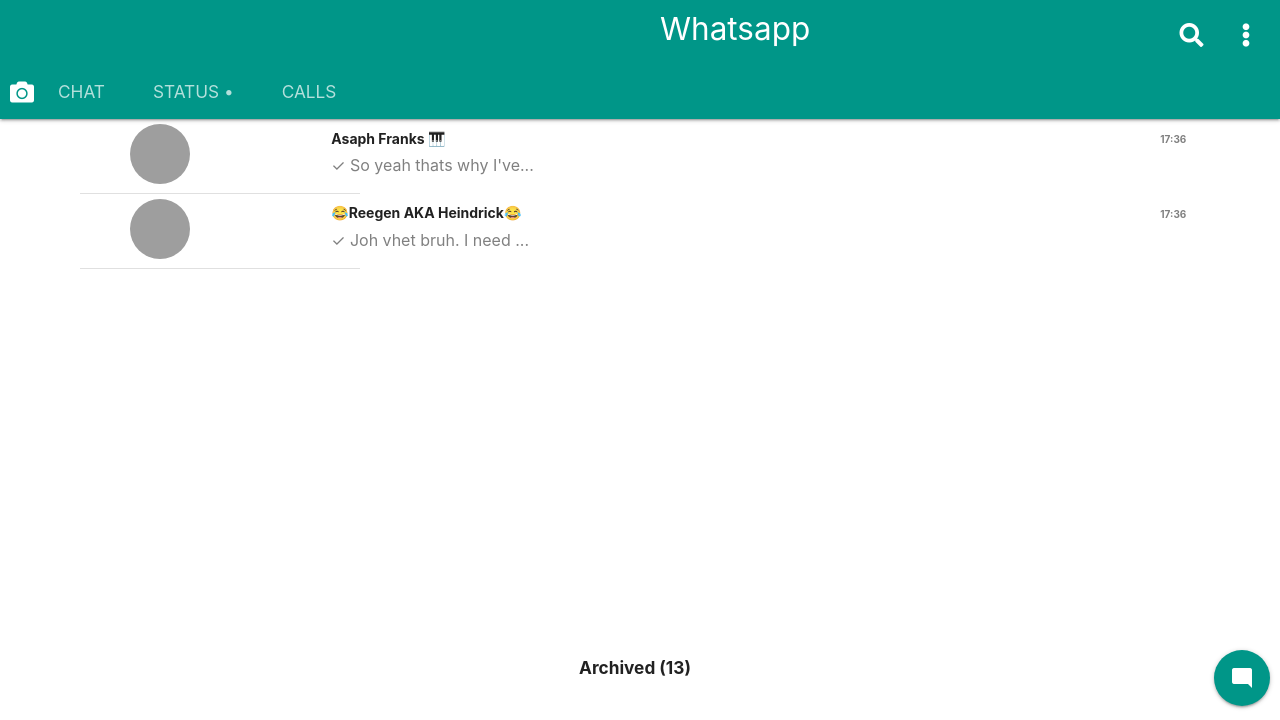
Repository: Ajtheult/Whatsapp_recreation
Page: /
The author's editor kept a copy of each file at every save. The page is drawn from the files as they stood at one save, then again after the next save.
The browser window is 1280 px wide. The pictures show the whole page.
Pictures or frames that could not be fetched are drawn as grey boxes. The project was rebuilt for these pictures with package versions that can differ from the ones it lists, and the page was loaded fresh each time. Also part of the build but not shown: src/components/layout/pages/StatusMenu.js, src/components/layout/pages/CallMenu.js.

Above is the page before, as saved 2020-07-31 12:01:59.

### public/index.html
<!DOCTYPE html>
<html lang="en">
  <head>
    <meta charset="utf-8" />
    <link rel="icon" href="%PUBLIC_URL%/favicon.ico" />
    <meta name="viewport" content="width=device-width, initial-scale=1" />
    <meta name="theme-color" content="#000000" />
    <meta
      name="description"
      content="Web site created using create-react-app"
    />
    <link
      rel="stylesheet"
      href="https://use.fontawesome.com/releases/v5.7.2/css/all.css"
      integrity="sha384-fnmOCqbTlWIlj8LyTjo7mOUStjsKC4pOpQbqyi7RrhN7udi9RwhKkMHpvLbHG9Sr"
      crossorigin="anonymous"
    />
    <link
      href="https://fonts.googleapis.com/icon?family=Material+Icons"
      rel="stylesheet"
    />
    <script src="https://cdnjs.cloudflare.com/ajax/libs/materialize/1.0.0/js/materialize.min.js"></script>

    <link rel="manifest" href="%PUBLIC_URL%/manifest.json" />

    <title>Whatsapp App</title>
  </head>
  <body>
    <noscript>You need to enable JavaScript to run this app.</noscript>
    <div id="root"></div>
  </body>
</html>

### src/index.js
import React from "react";
import ReactDOM from "react-dom";
import "materialize-css/dist/css/materialize.min.css";
import App from "./App";

ReactDOM.render(
  <React.StrictMode>
    <App />
  </React.StrictMode>,
  document.getElementById("root")
);

### src/App.js
import React from "react";
import ChatMenu from "./components/layout/pages/ChatMenu";
import StatusMenu from "./components/layout/pages/StatusMenu";
import CallMenu from "./components/layout/pages/CallMenu";
import { BrowserRouter as Router, Switch, Route } from "react-router-dom";
import "./App.css";

function App() {
  return (
    <Router>
      <div className="App">
        <Switch>
          <Route exact path="/" component={ChatMenu} />
          <Route exact path="/status" component={StatusMenu} />
          <Route exact path="/calls" component={CallMenu} />
        </Switch>
      </div>
    </Router>
  );
}

export default App;

### src/components/layout/pages/ChatMenu.js
import React, { useState } from "react";
import Navbar from "../navbar/Navbar";
import { Link } from "react-router-dom";
import "../../../App.css";
const ChatMenu = () => {
  const [contacts] = useState([
    {
      img:
        "https://cdn.pixabay.com/photo/2015/05/29/22/46/music-789935_960_720.jpg",
      name: "Asaph Franks 🎹",
      message: "✓ So yeah thats why I've...",
      time: "17:36",
    },
    {
      img:
        "https://cdn.pixabay.com/photo/2016/12/07/09/32/white-male-1889033_960_720.jpg",
      name: "😂Reegen AKA Heindrick😂",
      message: "✓ Joh vhet bruh. I need ...",
      time: "17:36",
    },
  ]);
  return (
    <div>
      <Navbar />

      {/* Chats-Try to implement state */}
      <div className="row">
        {contacts.map((contact, idx) => (
          <div key={idx}>
            <div className="col s3">
              <img
                className="profile_pictures"
                src={contact.img}
                alt={contact.name}
              />
            </div>
            <div className="col s7 chat_menu_text">
              <h6 className="contact_name_cm">{contact.name}</h6>
              <p className="contact_menu_messages">{contact.message}</p>
            </div>
            <div className="col s2 cm_time">{contact.time}</div>
            <div className="divider decrease_height" />
          </div>
        ))}
      </div>

      {/* Bottom of page */}

      <h6 className="move_message_icon_in_chat_menu">
        <p className="make_archive_bold">Archived (13)</p>
        <Link to="#contacts">
          <button className="btn-floating btn-large waves-effect waves-light teal right move_contact_icon_abit_up">
            <i className="material-icons">mode_comment</i>
          </button>
        </Link>
      </h6>
    </div>
  );
};

export default ChatMenu;

### src/App.css
.App {
  text-align: center;
}

.move_logo_of_whatsapp {
  margin-left: 20px;
  pointer-events: none;
}

.move_camera_icon {
  margin-top: 9px;
  margin-left: 10px;
}

.move_top_nav_icons_down {
  margin-top: 3px;
}

.width_of_dropdown {
  width: 300px;
}

.disabled {
  pointer-events: none;
  opacity: 0.6;
}

.move_message_icon_in_chat_menu {
  margin-right: 10px;
  margin-top: 390px;
  /* I will have to adjust the top after inserting the grid on top */
}

.move_contact_icon_abit_up {
  margin-top: -45px;
}

.make_archive_bold {
  font-weight: bold;
}

.profile_pictures {
  width: 60px;
  height: 60px;
  border-radius: 50%;
  margin-top: 5px;
}

.decrease_height {
  margin-top: -20px;
  width: 280px;
  margin-left: 80px;
}

.chat_menu_text {
  text-align: left;
}

.contact_menu_messages {
  font-size: 16px;
  margin-top: 0px;
  color: gray;
}

.contact_name_cm {
  font-weight: bold;
  font-size: 14px;
}

.cm_time {
  margin-top: 13px;
  font-weight: bold;
  font-size: 10px;
  color: gray;
}

### src/components/layout/navbar/Navbar.js
import React, { Component } from "react";
import { Link } from "react-router-dom";
import M from "materialize-css/dist/js/materialize.min.js";

export class Navbar extends Component {
  componentDidMount() {
    document.addEventListener("DOMContentLoaded", function () {
      var elems = document.querySelectorAll(".dropdown-trigger");
      //eslint-disable-next-line
      var instances = M.Dropdown.init(elems, {});
    });
  }
  render() {
    return (
      <div>
        <nav className="nav-extended teal">
          <div className="nav-wrapper">
            <h6 className="brand-logo left move_logo_of_whatsapp">Whatsapp</h6>

            <ul id="nav-mobile" className="right move_top_nav_icons_down">
              <li>
                <i className="fas fa-search"></i>
                &nbsp; &nbsp; &nbsp; &nbsp; &nbsp;
              </li>
              <li>
                <i
                  className="fas fa-ellipsis-v dropdown-trigger "
                  data-target="dropdown1"
                />
                &nbsp; &nbsp; &nbsp; &nbsp;
              </li>
              <ul id="dropdown1" className="dropdown-content width_of_dropdown">
                <li className="disabled">
                  <a href="#!" className="waves-effect waves-light">
                    New Group
                  </a>
                </li>
                <li className="disabled">
                  <a href="#!" className="waves-effect waves-light">
                    New broadcast
                  </a>
                </li>
                <li className="disabled">
                  <a href="#!" className="waves-effect waves-light">
                    WhatsApp Web
                  </a>
                </li>
                <li className="disabled">
                  <a href="#!" className="waves-effect waves-light">
                    <h6>Starred messages</h6>
                  </a>
                </li>
                <li className="disabled">
                  <a href="#!" className="waves-effect waves-light">
                    <h6>Settings</h6>
                  </a>
                </li>
              </ul>
            </ul>
          </div>
          <div className="nav-content">
            <ul className="tabs tabs-transparent">
              <li>
                <i className="fas fa-camera move_camera_icon" />
              </li>
              <li className="tab">
                <Link to="/">
                  <h6>Chat</h6>
                </Link>
              </li>
              <li className="tab">
                <Link to="/status">
                  <h6>Status • </h6>
                </Link>
              </li>
              <li className="tab">
                <Link to="/calls">
                  <h6>Calls</h6>
                </Link>
              </li>
            </ul>
          </div>
        </nav>
      </div>
    );
  }
}

export default Navbar;

After the next save:
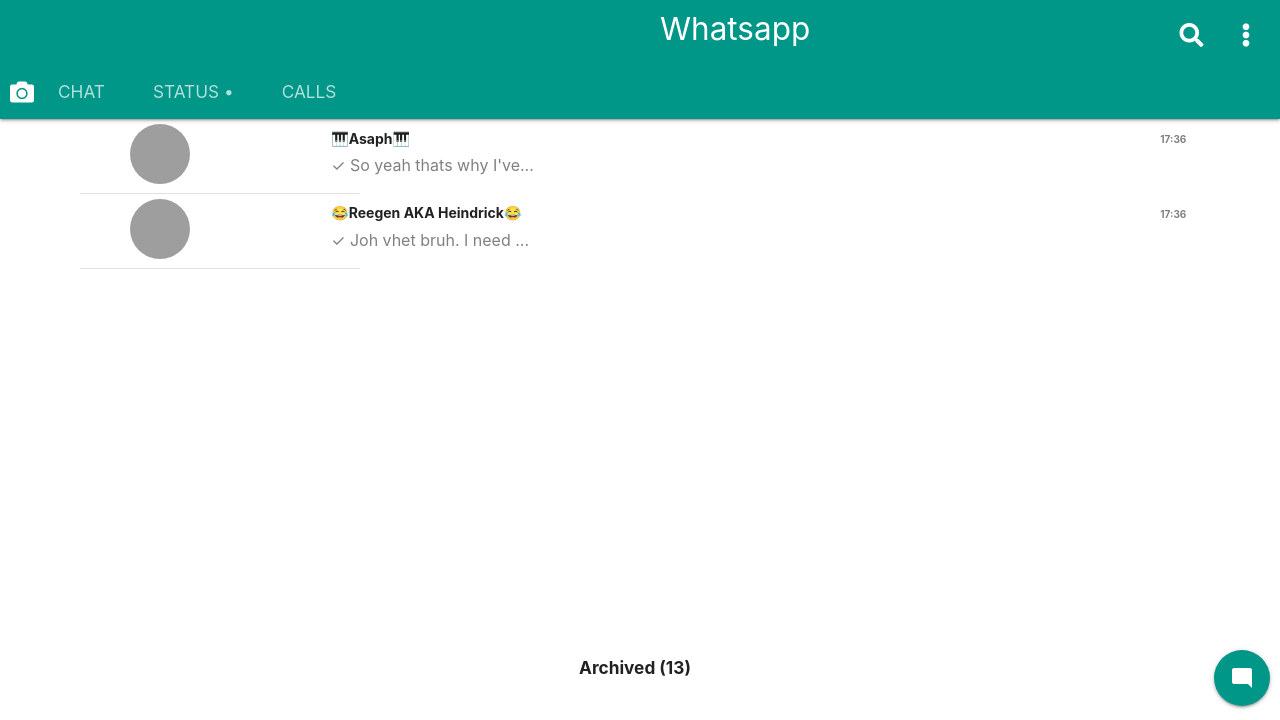
Saved 32 s later.
--- a/src/components/layout/pages/ChatMenu.js
+++ b/src/components/layout/pages/ChatMenu.js
@@ -7,7 +7,7 @@
     {
       img:
         "https://cdn.pixabay.com/photo/2015/05/29/22/46/music-789935_960_720.jpg",
-      name: "Asaph Franks 🎹",
+      name: "🎹Asaph🎹",
       message: "✓ So yeah thats why I've...",
       time: "17:36",
     },
